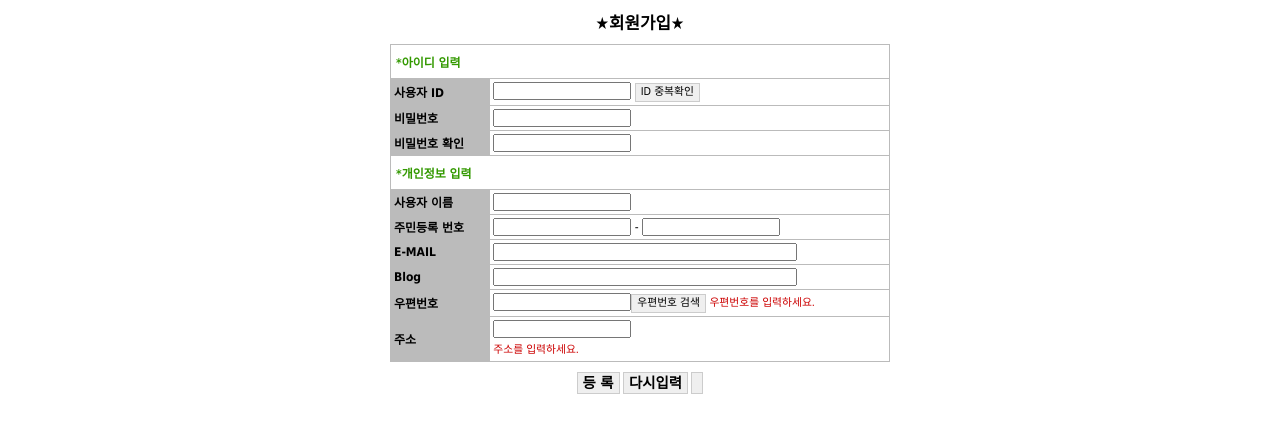
Repository: eParkjongtaek/lovedisket
Page: http://localhost/KH18_1/0904/inputForm.jsp
The author's editor kept a copy of each file at every save. The page is drawn from the files as they stood at one save, then again after the next save.
The browser window is 1280 px wide. The pictures show the whole page.
The page is served by Tomcat 9. Other server files are loaded and not shown.

Above is the page before, as saved 2017-09-04 04:51:16.

### source/KH18_1/WebContent/0904/inputForm.jsp
<%@ page language="java" contentType="text/html; charset=EUC-KR"
    pageEncoding="EUC-KR"%>
<!DOCTYPE html PUBLIC "-//W3C//DTD HTML 4.01 Transitional//EN" "http://www.w3.org/TR/html4/loose.dtd">
<html>
<head>
<meta http-equiv="Content-Type" content="text/html; charset=EUC-KR">
<title>회원가입</title>
<link href="style.css" rel="stylesheet" type="text/css" />

<script type="text/javascript">

function checkIt()
{
	var userinput = eval("document.userinput");
	if(!userinput.id.value)
	{
		alert("ID를 입력하세요!");
		return false;
	}

	if(!userinput.passwd.value)
	{
		alert("비밀번호를 입력하세요!");
		return false;
	}

	if(userinput.passwd.value != userinput.passwd2.value)
	{
		alert("비밀번호가 같아요~");
		return false;
	}

	if(!userinput.name.value)
	{
		alert("이름을 입력하세요!");
		return false;
	}

	if(!userinput.jumin1.value || !userinput.jumin2.value)
	{
		alert("주민등록번호를 입력하세요!");
		return false;
	}


}

</script>

</head>
<body>
<div id="wrap">
	<form action="inputPro.jsp" name="userinput" onsubmit="return checkIt();" method="post">

		<h1>★회원가입★</h1>
		<div id="body">

			<table width="500px;">

				<colgroup>
					<col width="20%"/>
					<col width="*"/>
				</colgroup>

				<tr>
					<th colspan="2" class="subTitle">*아이디 입력</th>
				</tr>
				<tr>
					<th>사용자 ID</th>
					<td>
						<input type="text" name="id" maxlength="12" />
						<input type="button" name="confirm_id" value="ID 중복확인" class="inputBtn" onclick="javascript:openConfirmid(this.form);" />
					</td>
				</tr>
				<tr>
					<th>비밀번호</th>
					<td>
						<input type="password" name="passwd" maxlength="12" />
					</td>
				</tr>
				<tr>
					<th>비밀번호 확인</th>
					<td>
						<input type="password" name="passwd2" maxlength="12" />
					</td>
				</tr>
				<tr>
					<th colspan="2" class="subTitle">*개인정보 입력</th>
				</tr>
				<tr>
					<th>사용자 이름</th>
					<td><input type="text" name="name" maxlength="10" />
				</tr>
				<tr>
					<th>주민등록 번호</th>
					<td>
						<input type="text" name="jumin1" maxlength="6" /> -
						<input type="password" name="jumin2" maxlength="7" />
					</td>
				</tr>
				<tr>
					<th>E-MAIL</th>
					<td>
						<input type="text" name="email" class="w300" maxlength="30" />
					</td>
				</tr>
				<tr>
					<th>Blog</th>
					<td>
						<input type="text" name="blog" class="w300" maxlength="50" />
					</td>
				</tr>
				<tr>
					<th>우편번호</th>
					<td>
						<input type="text" name="zipcode" /><input type="button" value="우편번호 검색" class="inputBtn" onclick="javascript:zipCheck();" />
						<span>우편번호를 입력하세요.</span>
					</td>
				</tr>
				<tr>
					<th>주소</th>
					<td>
						<input type="text" name="address" class="w380" />
						<span class="descB">주소를 입력하세요.</span>
					</td>
				</tr>
			</table>
		</div>
		<div id="footer">
			<input type="submit" name="confirm" class="inputBtn" value="등 록" />
			<input type="reset" name="reset" class="inputBtn" value="다시입력" />
			<input type="button" class="inputBtn" onclick="javascript:window.location='main.jsp'" />
		</div>

	</form>
</div>
</body>
</html>

### source/KH18_1/WebContent/0904/style.css
* {padding:0; margin:0;}
html {font-family: Tahoma, Dotum, "돋움"; font-size: 0.75em; }
body {font-size: 1em;text-align:center;}
#wrap {width:500px; margin:0 auto; text-align:left;}
#footer {text-align:center; padding:10px 0;}
#footer input {vertical-align:middle;}
fieldset {border:none;}
legend {display:none; visibility:hidden;}
table {table-layout: fixed; border-collapse: collapse; padding: 0; border-style:solid; border-width:1px 1px 0 1px; border-color:#bbb;}
th {text-align:left; padding:3px; border-collapse:0; border-style:solid; border-width:0 0 1px 0;border-color:#bbb; background:#bbb;}
td {text-align:left; border-collapse:0; border-style:solid; border-width:0 0 1px 0; border-color:#bbb;padding:3px;}
input {font-family:Tahoma, Dotum, "돋움"; font-size:1em;}
td span {font-size:0.9em; color:#cc0000;}
h1 {font-size:1.4em; text-align:center; padding:10px 0;}
.w300 {width:300px;}
.w380 {wdith:380px;}
.descB {padding:2px 0; display:block;}
th.subTitle {color:#339900; background:#fff !important; padding:8px 0 8px 5px;}
.inputBtn {border:1px solid #ccc; padding:3px 5px; line-height:1em; font-size:0.9em;}
#footer .inputBtn {font-size:1.2em; font-weight:bold;}

After the next save:
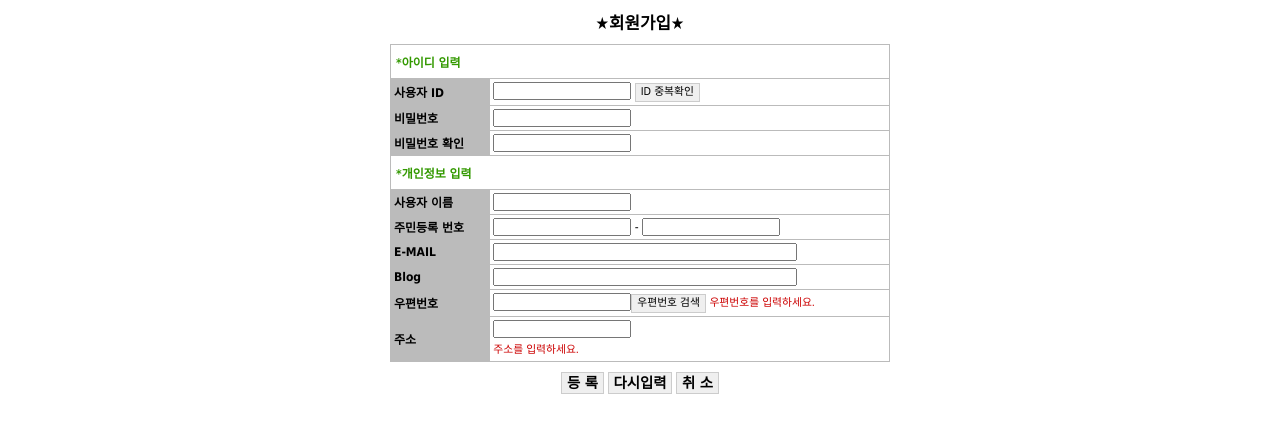
Saved 8 min 0 s later.
--- a/source/KH18_1/WebContent/0904/inputForm.jsp
+++ b/source/KH18_1/WebContent/0904/inputForm.jsp
@@ -129,7 +129,7 @@ function checkIt()
 		<div id="footer">
 			<input type="submit" name="confirm" class="inputBtn" value="등 록" />
 			<input type="reset" name="reset" class="inputBtn" value="다시입력" />
-			<input type="button" class="inputBtn" onclick="javascript:window.location='main.jsp'" />
+			<input type="button" class="inputBtn" onclick="javascript:window.location='main.jsp'" value="취 소" />
 		</div>
 
 	</form>
